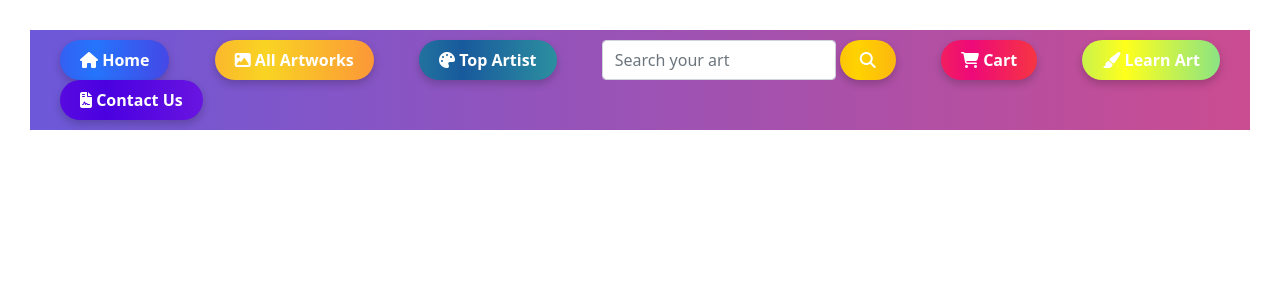
Repository: Aaryan-kumar-24/Art-selling
Page: http://localhost/learn/
These files come from the project's save history. The page is drawn as it stood at one moment and after a run of saves; the edit follows.
The browser window is 1280 px wide. The pictures show the whole page.
The page is served by the project's application, run on Django 5.2 (art/manage.py). Other server files are loaded and not shown. Queries for data that is not in the repository find no rows.

Above is the page before, as saved 2025-05-31 16:25:01.

### art/templates/learn.html
<!DOCTYPE html>
<html lang="en">
  <head>
    <meta charset="UTF-8" />
    <meta name="viewport" content="width=device-width, initial-scale=1.0" />
    <title>artselling</title>

    <link rel="stylesheet" href="https://cdnjs.cloudflare.com/ajax/libs/font-awesome/6.7.1/css/all.min.css" integrity="sha512-5Hs3dF2AEPkpNAR7UiOHba+lRSJNeM2ECkwxUIxC1Q/FLycGTbNapWXB4tP889k5T5Ju8fs4b1P5z/iB4nMfSQ==" crossorigin="anonymous" referrerpolicy="no-referrer" />
  </head>
{% comment %}
<iframe src="https://www.wikipedia.org/" style="height: 1800px; width: 1500px;">wikipedia</iframe> {% endcomment %}

 <body>


  {% include "header.html"  %}
  <style>
  body {
        background-color: #f0f2f5;
        padding: 30px;
      }
      .tutorial-card {
        height: 400px;
        margin-bottom: 50px;
        box-shadow: 0 8px 16px rgba(0, 0, 0, 0.1);
        border-radius: 15px;
        overflow: hidden;
      }
      .video-col {
        height: 100%;
      }
      .video-col video {
        width: 100%;
        height: 100%;
        object-fit: cover;
        border-top-left-radius: 15px;
        border-bottom-left-radius: 15px;
      }
      .card-body {
        height: 100%;
        background-color: #fff;
        padding: 30px;
        overflow-y: auto;
      }
      .card-title {
        font-size: 1.6rem;
        font-weight: 600;
        margin-bottom: 15px;
      }
      .card-text {
        font-size: 1rem;
        color: #444;
      }
      @media (max-width: 768px) {
        .tutorial-card {
          height: auto;
        }
        .video-col video {
          height: 250px;
          border-radius: 0;
          border-top-left-radius: 15px;
          border-top-right-radius: 15px;
        }
      }
    </style>
  </head>

  <body>
    <div class="container">
  <div class="row">
    {% for tutorial in learn %}
    <div class="col-md-6">
      <div class="card tutorial-card">
        <div class="row g-0 h-100">
          <div class="col-md-6 video-col">
            <video autoplay muted loop playsinline>
              <source src="{{ tutorial.vedio.url }}" type="video/mp4" />
              Your browser does not support the video tag.
            </video>
          </div>
          <div class="col-md-6">
            <div class="card-body">
              <h5 class="card-title">{{ tutorial.title }}</h5>
              <p class="card-text">{{ tutorial.discription }}</p>
               </div>
          </div>
        </div>
      </div>
    </div>
    {% endfor %}
  </div>
</div>





  </body>
    <script
      src="https://cdn.jsdelivr.net/npm/@popperjs/core@2.9.2/dist/umd/popper.min.js"
      integrity="sha384-IQsoLXl5PILFhosVNubq5LC7Qb9DXgDA9i+tQ8Zj3iwWAwPtgFTxbJ8NT4GN1R8p"
      crossorigin="anonymous"
    ></script>
    <script
      src="https://cdn.jsdelivr.net/npm/bootstrap@5.0.2/dist/js/bootstrap.min.js"
      integrity="sha384-cVKIPhGWiC2Al4u+LWgxfKTRIcfu0JTxR+EQDz/bgldoEyl4H0zUF0QKbrJ0EcQF"
      crossorigin="anonymous"
    ></script>
    <link
      href="https://cdn.jsdelivr.net/npm/bootstrap@5.0.2/dist/css/bootstrap.min.css "
      rel="stylesheet"
      integrity="sha384-EVSTQN3/azprG1Anm3QDgpJLIm9Nao0Yz1ztcQTwFspd3yD65VohhpuuCOmLASjC"
      crossorigin="anonymous"
    />
    <script
      src="https://cdn.jsdelivr.net/npm/bootstrap@5.0.2/dist/js/bootstrap.bundle.min.js"
      integrity="sha384-MrcW6ZMFYlzcLA8Nl+NtUVF0sA7MsXsP1UyJoMp4YLEuNSfAP+JcXn/tWtIaxVXM"
      crossorigin="anonymous"
    ></script>

</html>

### art/templates/header.html
<!DOCTYPE html>
<html lang="en">
  <head>
    <meta charset="UTF-8" />
    <meta name="viewport" content="width=device-width, initial-scale=1.0" />
    <title>header</title>

    <link rel="stylesheet" href="https://cdnjs.cloudflare.com/ajax/libs/font-awesome/6.7.1/css/all.min.css" integrity="sha512-5Hs3dF2AEPkpNAR7UiOHba+lRSJNeM2ECkwxUIxC1Q/FLycGTbNapWXB4tP889k5T5Ju8fs4b1P5z/iB4nMfSQ==" crossorigin="anonymous" referrerpolicy="no-referrer" />
  </head>
  <body>
    <nav class="navbar navbar-expand-lg" style="
    padding: 10px;
    background: linear-gradient(270deg, #fc466b, #3f5efb, #00c6ff, #0072ff, #fc466b);
    background-size: 800% 800%;
    animation: moveBackground 15s ease infinite;
  ">
    <div class="container-fluid d-flex justify-content-between flex-wrap">



        <!-- Home -->
        <a href="{% url 'home' %}">
            <button class="gradient-btn mx-2 home-btn">
              <i class="fa-solid fa-house"></i> Home
            </button>
          </a>

          <!-- All Artworks -->
          <a href="{% url 'all_artworks' %}">
            <button class="gradient-btn mx-2 artworks-btn">
              <i class="fa-solid fa-image"></i> All Artworks
            </button>
          </a>

          <!-- Top Artist -->
          <a href="{% url 'top_artist' %}">
            <button class="gradient-btn mx-2 artist-btn">
              <i class="fa-solid fa-palette"></i> Top Artist
            </button>
          </a>

              <!-- Search Bar -->
              <form class="d-flex mx-2" action="{% url 'all_artworks' %}" style="width: 25%;" method="POST">
                {% csrf_token %}
                <input class="form-control me-1" name="search" type="search" placeholder="Search your art" aria-label="Search">
                 <button class="gradient-btn search-btn" type="submit">
                  <i class="fa-solid fa-magnifying-glass"></i>
                </button>
              </form>

          <!-- Cart -->
          <a href="{% url 'cart' %}">
            <button class="gradient-btn mx-2 cart-btn">
              <i class="fa-solid fa-cart-shopping"></i> Cart
            </button>
          </a>

          <!-- Learn Art -->
          <a href="{% url 'learn_art' %}">
            <button class="gradient-btn mx-2 learn-btn">
              <i class="fa-solid fa-paintbrush"></i> Learn Art
            </button>
          </a>

          <!-- Contact Us -->
          <a href="{% url 'contact_us' %}">
            <button class="gradient-btn mx-2 contact-btn">
              <i class="fa-solid fa-file-contract"></i> Contact Us
            </button>
          </a>
    </div>
  </nav>

  <style>
  @keyframes moveBackground {
    0% {
      background-position: 0% 50%;
    }
    50% {
      background-position: 100% 50%;
    }
    100% {
      background-position: 0% 50%;
    }
  }

.gradient-btn {
  color: white;
  border: none;
  padding: 8px 20px;
  font-weight: bold;
  border-radius: 25px;
  box-shadow: 0px 4px 8px rgba(0,0,0,0.2);
  transition: all 0.3s ease;
  background-size: 300% 300%;
  animation: animateGradient 8s ease infinite;
}

/* Smooth hover effect */
.gradient-btn:hover {
  transform: scale(1.05);
  opacity: 0.9;
}

/* Different gradients for each button */
.home-btn {
  background-image: linear-gradient(270deg, #6a11cb, #2575fc, #6a11cb);
}

.artworks-btn {
  background-image: linear-gradient(270deg, #ff4e50, #f9d423, #ff4e50);
}

.artist-btn {
  background-image: linear-gradient(270deg, #43cea2, #185a9d, #43cea2);
}

.search-btn {
  background-image: linear-gradient(270deg, #f7971e, #ffd200, #f7971e);
}

.cart-btn {
  background-image: linear-gradient(270deg, #ff6a00, #ee0979, #ff6a00);
}

.learn-btn {
  background-image: linear-gradient(270deg, #00c3ff, #ffff1c, #00c3ff);
}

.contact-btn {
  background-image: linear-gradient(270deg, #8e2de2, #4a00e0, #8e2de2);
}

/* Animation for flowing gradient */
@keyframes animateGradient {
  0% {
    background-position: 0% 50%;
  }
  50% {
    background-position: 100% 50%;
  }
  100% {
    background-position: 0% 50%;
  }
}
</style>


    <script src="https://cdn.jsdelivr.net/npm/bootstrap@5.3.0-alpha1/dist/js/bootstrap.bundle.min.js"></script>
</body>
</html>
    <script
      src="https://cdn.jsdelivr.net/npm/@popperjs/core@2.9.2/dist/umd/popper.min.js"
      integrity="sha384-IQsoLXl5PILFhosVNubq5LC7Qb9DXgDA9i+tQ8Zj3iwWAwPtgFTxbJ8NT4GN1R8p"
      crossorigin="anonymous"
    ></script>
    <script
      src="https://cdn.jsdelivr.net/npm/bootstrap@5.0.2/dist/js/bootstrap.min.js"
      integrity="sha384-cVKIPhGWiC2Al4u+LWgxfKTRIcfu0JTxR+EQDz/bgldoEyl4H0zUF0QKbrJ0EcQF"
      crossorigin="anonymous"
    ></script>
    <link
      href="https://cdn.jsdelivr.net/npm/bootstrap@5.0.2/dist/css/bootstrap.min.css "
      rel="stylesheet"
      integrity="sha384-EVSTQN3/azprG1Anm3QDgpJLIm9Nao0Yz1ztcQTwFspd3yD65VohhpuuCOmLASjC"
      crossorigin="anonymous"
    />
    <script
      src="https://cdn.jsdelivr.net/npm/bootstrap@5.0.2/dist/js/bootstrap.bundle.min.js"
      integrity="sha384-MrcW6ZMFYlzcLA8Nl+NtUVF0sA7MsXsP1UyJoMp4YLEuNSfAP+JcXn/tWtIaxVXM"
      crossorigin="anonymous"
    ></script>
  </body>
</html>

### art/art/views.py
from django.shortcuts import render,redirect
from django.http import HttpResponseRedirect,HttpResponse
from upload.models import Upload
from learn.models import Learn
from commision_work.models import Commission

from contac_us.models import Contact
from django.core.paginator import Paginator
def home(request):
    commisiondatas = Commission.objects.all()

    paginator = Paginator(commisiondatas,8)
    page_number = request.GET.get('page')
    final = paginator.get_page(page_number)

    phone1 = ''
    email1 = ''
    medium = ''
    price = ''
    image = ''
    custom = ''
    commisiondata = ''
    data = {}
    try:
        if request.method=='POST':
            phone1 = request.POST.get('phone1')
            email1 = request.POST.get('email1')
            medium = request.POST.get('medium')
            price = request.POST.get('price')
            image = request.FILES.get('image')
            custom = request.POST.get('custom')

        data = {'phone': phone1,'email' :email1, 'medium':medium,'price':price,'image':image,'custom':custom}
        commisiondata = Commission(phone=phone1,
email=email1,
medium=medium,
price=price,
image=image,
customization=custom)
        commisiondata.save()

    except:
        pass


    return render(request,"home.html",{"data":data , "artworks":final})

def artworks(request):
    myupload = Upload.objects.all()

    paginator = Paginator(myupload,8)
    page_number = request.GET.get('page')
    final = paginator.get_page(page_number)



    try:
        if request.method=='POST':
            search = request.POST.get('search')
            if search!=None:
                final = Upload.objects.filter(title__icontains = search)
    except:
        pass
    return render(request, "all_artworks.html", {'artworks': final})

def header(request):
    myupload = Upload.objects.all()

    paginator = Paginator(myupload,8)
    page_number = request.GET.get('page')
    final = paginator.get_page(page_number)

    try:
        if request.method == 'POST':
            search = request.POST.get('search')
            if search!=None:
                final = Upload.objects.filter(title__icontains = search)



        return render(request, "header.html", {'artworks': final})
    except:
        pass


def cart(request):

    myupload = Upload.objects.all()

    paginator = Paginator(myupload,8)
    page_number = request.GET.get('page')
    final = paginator.get_page(page_number)



    selltitle=''
    d=''
    p=''
    sellerartwork=''

    sellerart=''
    try:
        if request.method=='POST':
            selltitle = request.POST.get('selltitle')
            d = request.POST.get('d')
            p = request.POST.get('p')
            sellerartwork = request.FILES.get('sellerartwork')

            search = request.POST.get('search')
            if search!=None:
                final = Upload.objects.filter(title__icontains = search)

            sellerart=Upload(title=selltitle,
discription=d,
art=sellerartwork,
price=p)
            sellerart.save()
        sellerdata = { "selltitle":selltitle, "d":d, "p":p, "sellerartwork":sellerartwork}


    except:
        pass
    return render(request, "cart.html", {'artworks': final,'sellerdata':sellerdata})












def learn(request):
    learndata = Learn.objects.all()

    return render(request,"learn.html" , {"learn":learndata})


def top(request):

    myupload = Upload.objects.all()

    paginator = Paginator(myupload,8)
    page_number = request.GET.get('page')
    final = paginator.get_page(page_number)

    try:
        if request.method == 'POST':
            search = request.POST.get('search')
            if search!=None:
                final = Upload.objects.filter(title__icontains = search)



        return render(request, "top_artist.html", {'artworks': final})
    except:
        pass



def profile(request):
    return render(request,"profile.html")






def data(request):
    data = {}

    if request.method == 'POST':
        form_type = request.POST.get('form_type')

        if form_type == 'contact':
            # Handle contact form
            phonec = request.POST.get('phonec')
            emailc = request.POST.get('emailc')
            statec = request.POST.get('statec')
            cityc = request.POST.get('cityc')
            addressc = request.POST.get('addressc')
            feedbackc = request.POST.get('feedbackc')

            contactdata = Contact(
                phone=phonec,
                email=emailc,
                state=statec,
                city=cityc,
                address=addressc,
                feedback=feedbackc
            )
            contactdata.save()
            data.update({'phone': phonec, 'email': emailc, 'state': statec, 'city': cityc, 'address': addressc, 'feedback': feedbackc})

        elif form_type == 'commission':
            # Handle commission form
            phone1 = request.POST.get('phone1')
            email1 = request.POST.get('email1')
            medium = request.POST.get('medium')
            price = request.POST.get('price')
            image = request.FILES.get('image')
            custom = request.POST.get('custom')

            commisiondata = Commission(
                phone=phone1,
                email=email1,
                medium=medium,
                price=price,
                image=image,
                customization=custom
            )
            commisiondata.save()
            data.update({'phone': phone1, 'email': email1, 'medium': medium, 'price': price, 'image': image, 'custom': custom})

        elif form_type == 'upload':
            # Handle artwork upload form
            selltitle = request.POST.get('selltitle')
            d = request.POST.get('d')
            p = request.POST.get('p')
            sellerartwork = request.FILES.get('sellerartwork')

            sellerart = Upload(
                title=selltitle,
                discription=d,
                art=sellerartwork,
                price=p
            )
            sellerart.save()
            data.update({'title': selltitle, 'd': d, 'p': p, 'sellerartwork': sellerartwork})

    return render(request, "data.html", data)




def contact(request):
    phonec = ''
    emailc = ''
    statec = ''
    cityc = ''
    addressc = ''
    feedbackc = ''

    data = {}
    try:
        if request.method=='POST':
            phonec = request.POST.get('phonec')
            emailc = request.POST.get('emailc')
            statec = request.POST.get('statec')
            cityc = request.POST.get('cityc')
            addressc = request.POST.get('addressc')
            feedbackc = request.POST.get('feedbackc')

        data = {'phone': phonec,'email' :emailc, 'state':statec,'city':cityc,'address':addressc,'feedback':feedbackc}

    except:
        pass

    return render(request, "contact.html",data)



def purchase(request):
    return render(request,"purchase.html")


def index(request):
    return render(request,"index.html")

### art/art/urls.py
"""
URL configuration for art project.

The urlpatterns list routes URLs to views. For more information please see:
    https://docs.djangoproject.com/en/5.1/topics/http/urls/
Examples:
Function views
    1. Add an import:  from my_app import views
    2. Add a URL to urlpatterns:  path('', views.home, name='home')
Class-based views
    1. Add an import:  from other_app.views import Home
    2. Add a URL to urlpatterns:  path('', Home.as_view(), name='home')
Including another URLconf
    1. Import the include() function: from django.urls import include, path
    2. Add a URL to urlpatterns:  path('blog/', include('blog.urls'))
"""
from django.contrib import admin
from django.urls import path
from art import views
from django.conf import settings
from django.conf.urls.static import static

urlpatterns = [
    # your url patterns
] + static(settings.STATIC_URL, document_root=settings.STATICFILES_DIRS[0])


urlpatterns = [
    path('admin/', admin.site.urls),
    path('',views.index, ),
    path('home/',views.home, name="home"),

    path('artworks/',views.artworks, name="all_artworks"),
    path('artist/',views.top, name="top_artist"),
    path('cart/',views.cart, name="cart"),
    path('learn/',views.learn, name="learn_art"),
    path('contact/',views.contact, name="contact_us"),
    path('data/',views.data,name="data"),
    path('profile/',views.profile),
     path('header/',views.header,name='header'),
      path('purchase/',views.purchase,name="purchase"),
]

After the next 2 saves:
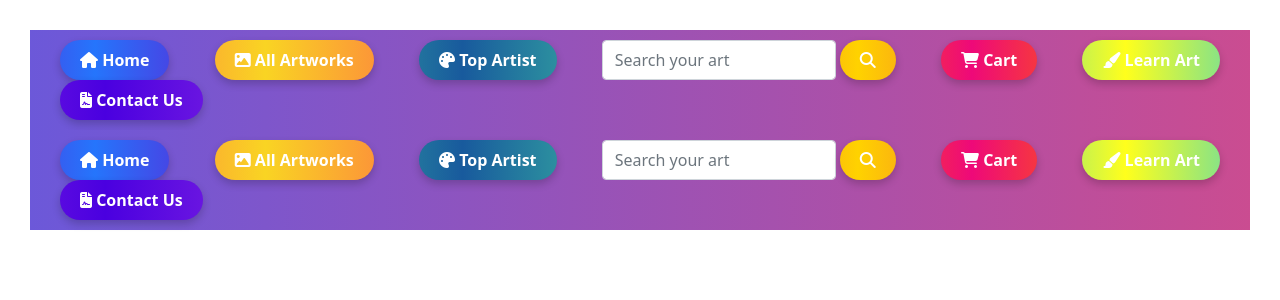
The 2 saves are shown as one change because they came seconds apart.
The last was saved 9 s later.
--- a/art/templates/learn.html
+++ b/art/templates/learn.html
@@ -96,6 +96,7 @@
 
 
   </body>
+  {% include "header.html"  %}
     <script
       src="https://cdn.jsdelivr.net/npm/@popperjs/core@2.9.2/dist/umd/popper.min.js"
       integrity="sha384-IQsoLXl5PILFhosVNubq5LC7Qb9DXgDA9i+tQ8Zj3iwWAwPtgFTxbJ8NT4GN1R8p"
